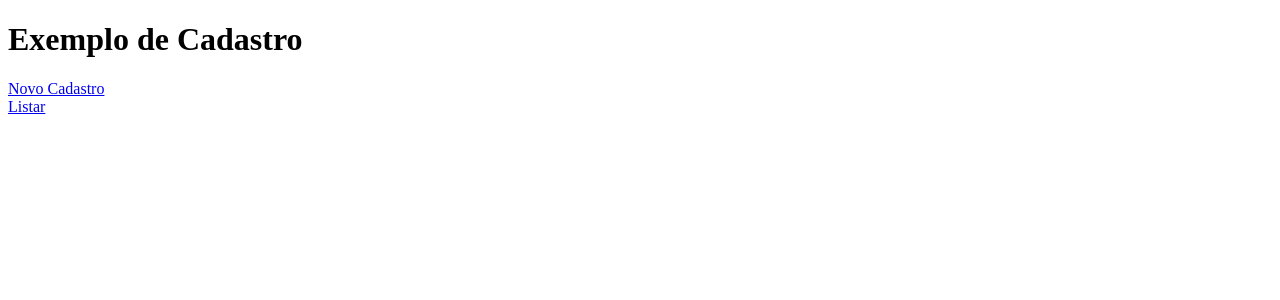
Repository: juliatbarbosa/CRUD-ALUNOS
Page: http://localhost/OlaMundo/alunos/cadastro/index.jsp
The author's editor kept a copy of each file at every save. The page is drawn from the files as they stood at one save, then again after the next save.
The browser window is 1280 px wide. The pictures show the whole page.
The page is served by Tomcat 9.

Above is the page before, as saved 2024-09-24 23:07:38.

After the next save:
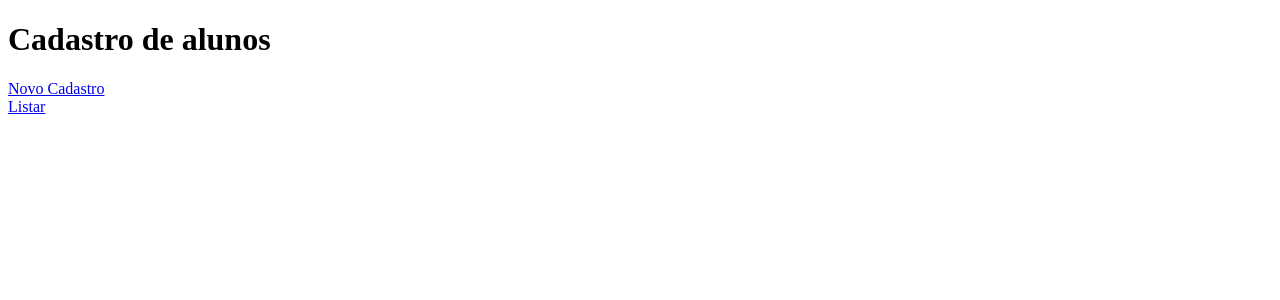
Saved 41 s later.
--- a/OlaMundo/src/main/webapp/alunos/cadastro/index.jsp
+++ b/OlaMundo/src/main/webapp/alunos/cadastro/index.jsp
@@ -8,7 +8,7 @@
 <title>Insert title here</title>
 </head>
 <body>
-	<h1>Exemplo de Cadastro</h1>
+	<h1>Cadastro de alunos</h1>
 	<a href="formulario.jsp?id=0">Novo Cadastro</a>
 	<br/>
 	<a href="listar.jsp">Listar</a>
